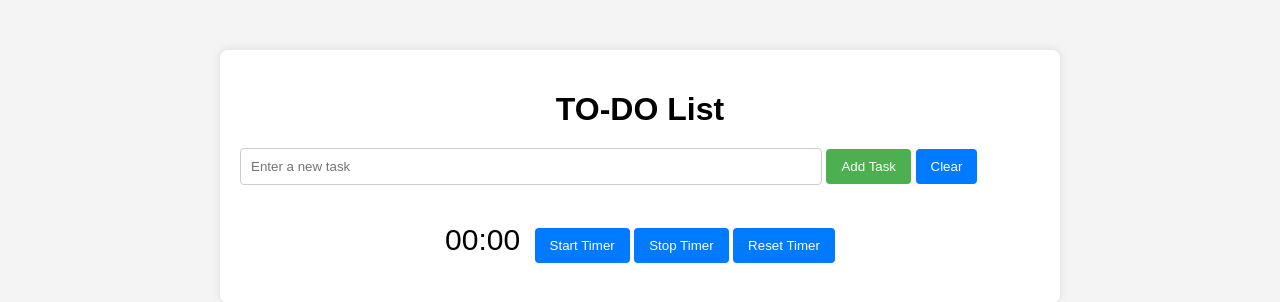
Repository: vpriyankaprabhu/to-do-list
Page: index.html
These files come from the project's save history. The page is drawn as it stood at one moment and after a run of saves; the edit follows.
The browser window is 1280 px wide. The pictures show the whole page.

Above is the page before, as saved 2025-01-12 16:38:03.

### index.html
<!DOCTYPE html>
<html lang="en">
<head>
    <meta charset="UTF-8">
    <meta name="viewport" content="width=device-width, initial-scale=1.0">
    <title>To-Do List with Timer</title>
    <script src="https://code.jquery.com/jquery-1.12.3.min.js" integrity="sha256-aaODHAgvwQW1bFOGXMeX+pC4PZIPsvn2h1sArYOhgXQ=" crossorigin="anonymous"></script>
    <script src="js/script.js"></script>
    <link rel="stylesheet" href="css/style.css">
</head>
<body>
    <div class="container">
        <h1>TO-DO List </h1>

        <!-- Task Input -->
        <div>
            <input type="text" id="task-input" placeholder="Enter a new task" />
            <button id="add-task">Add Task</button>
            <button id="clear-task">Clear</button>
        </div>
        <br/>
        <!-- Timer Display -->
        <div id="timer-display">
            <span id="timer">00:00</span>
            <button id="start-timer">Start Timer</button>
            <button id="stop-timer">Stop Timer</button>
            <button id="reset-timer">Reset Timer</button>
        </div>

        <!-- Task List -->
        <ul id="task-list">
        </ul>
    </div>
</body>
</html>

### js/script.js
$(function () {
    var timerInterval;
    var time = 0; // in seconds
    var isTimerRunning = false;

    console.log("1" +$('#task-item').children());


    $('#add-task').click(function() {
        const taskText = $('#task-input').val();
        if (taskText !== "") {
            const taskItem = $('<li class="task-item"></li>');
            taskItem.text(taskText+"  ");
            const deleteButton = $('<button class="delete-task">Delete</button><br/>');
            taskItem.append(deleteButton);
            $('#task-list').append(taskItem);

            // Add delete functionality
            deleteButton.click(function() {
                taskItem.remove();
            });

            // Clear the input field
            $('#task-input').val('');
        }
    });

    $('#clear-task').click(function() {
        // Clear the input field
        $('#task-input').val('');
    });

    $('#start-timer').click(function() {
        if (!isTimerRunning) {
            isTimerRunning = true;
            timerInterval = setInterval(function() {
                time++;
                const minutes = Math.floor(time / 60);
                const seconds = time % 60;
                $('#timer').text(`${String(minutes).padStart(2, '0')}:${String(seconds).padStart(2, '0')}`);
            }, 1000);
        }
    });

    $('#stop-timer').click(function() {
        if (isTimerRunning) {
            clearInterval(timerInterval);
            isTimerRunning = false;
        }
    });

    $('#reset-timer').click(function() {
        clearInterval(timerInterval);
        isTimerRunning = false;
        time = 0
        $('#timer').text(`${String(0).padStart(2, '0')}:${String(0).padStart(2, '0')}`);
    });
});

### css/style.css
.hidden {
    display: none;
}

body {
    font-family: Arial, sans-serif;
    background-color: #f4f4f4;
    margin: 0;
    padding: 0;
}

.container {
    max-width: 800px;
    margin: 50px auto;
    background-color: white;
    padding: 20px;
    border-radius: 8px;
    box-shadow: 0 0 10px rgba(0, 0, 0, 0.1);
}

h1 {
    text-align: center;
    margin-bottom: 20px;
}

#task-input {
    padding: 10px;
    width: 70%;
    border: 1px solid #ccc;
    border-radius: 4px;
}

#add-task {
    padding: 10px 15px;
    background-color: #4CAF50;
    color: white;
    border: none;
    border-radius: 4px;
    cursor: pointer;
}

#add-task:hover {
    background-color: #45a049;
}

#timer-display {
    margin-top: 20px;
    text-align: center;
}

#timer {
    font-size: 30px;
    margin-right: 10px;
}

button {
    padding: 10px 15px;
    border: none;
    background-color: #007BFF;
    color: white;
    border-radius: 4px;
    cursor: pointer;
}

button:hover {
    background-color: #0056b3;
}

ul {
    list-style-type: none;
    padding: 0;
    margin-top: 20px;
}

li {
    background-color: #efefef;
    padding: 10px;
    margin-bottom: 10px;
    display: flex;
    justify-content: space-between;
    border-radius: 4px;
}

.delete-task {
    background-color: red;
    color: white;
    border: none;
    border-radius: 4px;
    cursor: pointer;
}

.delete-task:hover {
    background-color: #d43f3a;
}

After the next 4 saves:
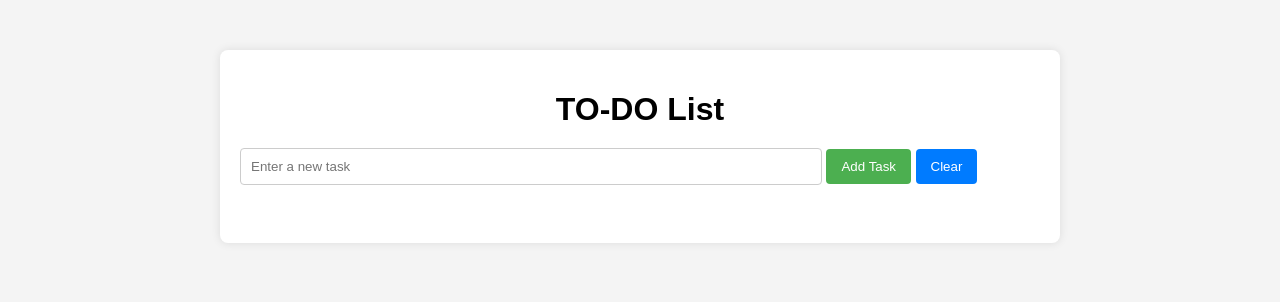
The 4 saves are shown as one change because they came seconds apart.
The last was saved 51 s later.
--- a/index.html
+++ b/index.html
@@ -20,7 +20,7 @@
         </div>
         <br/>
         <!-- Timer Display -->
-        <div id="timer-display">
+        <div id="timer-display" class="hidden">
             <span id="timer">00:00</span>
             <button id="start-timer">Start Timer</button>
             <button id="stop-timer">Stop Timer</button>
